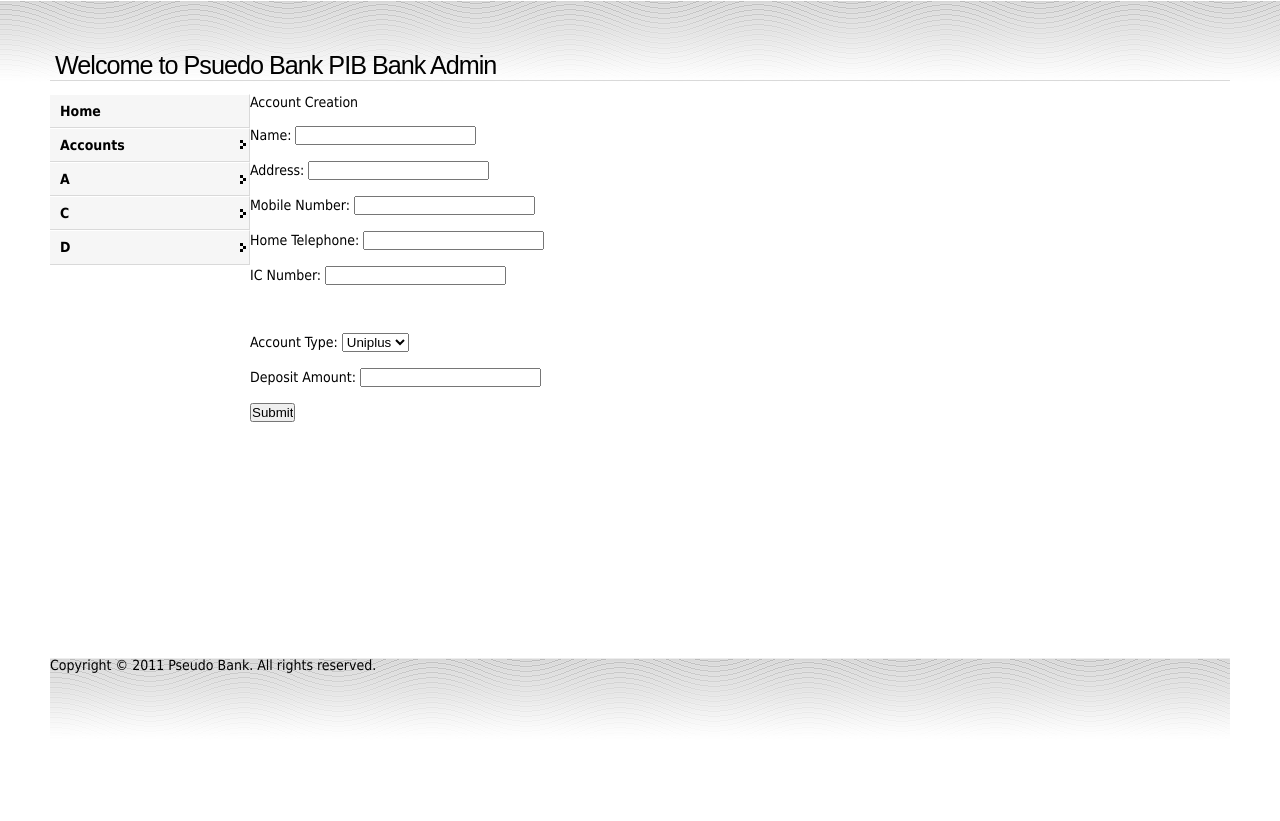
Repository: hareth12/Final-Year-Project
Page: http://localhost/bankAdmin/Account/accountCreation1.jsp
An editor plug-in stored every save of this project. The page is shown before and after the next save, followed by the edit.
The browser window is 1280 px wide. The pictures show the whole page.
The page is served by Tomcat 9. Other server files are loaded and not shown.

Above is the page before, as saved 2011-09-30 04:04:26.

### bankAdmin/WebContent/Account/accountCreation1.jsp
<!DOCTYPE html PUBLIC "-//W3C//DTD XHTML 1.0 Transitional//EN" "http://www.w3.org/TR/xhtml1/DTD/xhtml1-transitional.dtd">
<html xmlns="http://www.w3.org/1999/xhtml" xml:lang="en" lang="en">
<head>
<title>Psuedo Bank Personal Internal Banking</title>
<meta http-equiv="Content-Type" content="text/html; charset=utf-8" />
<meta name="author" content="Tom@Lwis (http://www.lwis.net/free-css-drop-down-menu/)" />
<meta name="keywords" content="css, dropdowns, dropdown menu, drop-down, menu, navigation, nav, horizontal, vertical left-to-right, vertical right-to-left, horizontal linear, horizontal upwards, cross browser, internet explorer, ie, firefox, safari, opera, browser, lwis" />
<meta name="description" content="Simple vertical left-to-right direction css drop-down menu demo using clean, standards-friendly, free, easy, cross browser framework for css drop-down menus" />
<link href="/pib/asset/secured/helper.css" media="screen" rel="stylesheet" type="text/css" />

<style type="text/css">

/* Layout */
@import "/pib/asset/secured/dropdown.css";
@import "/pib/asset/secured/dropdown.vertical.css";

/* Theme */
@import "/pib/asset/secured/default.css";

</style>


</head>
<body>
<div id="wrap">  <!-- This wrap div needs to encompass everything except the footer div at bottom -->
<h1>Welcome to Psuedo Bank PIB Bank Admin</h1>

<ul id="nav" class="dropdown dropdown-vertical">
    <li><a href="#">Home</a></li>
    <li class="dir">Accounts
        <ul>
            <li><a href="/bankAdmin/AccountCreation">Accounts Creation</a></li>
            <li><a href="#">Accounts Enquiry</a></li>
                <ul>
                    <li><a href="./">1</a></li>
                    <li><a href="./">2</a></li>
                    <li><a href="./">3</a></li>
                    <li><a href="./">4</a></li>
                    <li><a href="./">5</a></li>
                </ul>
            </li>
        </ul>
    </li>
    <li class="dir">A
        <ul>
            <li><a href="#">1</a></li>
            <li><a href="#">2</a></li>
            <li><a href="#">3</a></li>
        </ul>
    </li>
    <li class="dir">C
        <ul>
            <li><a href="./">1</a></li>
            <li><a href="./">2</a></li>
            <li><a href="./">3</a></li>
        </ul>
    </li>
    <li class="dir">D</a>
        <ul>
            <li><a href="./">1</a></li>
        </ul>
    </li>
</ul>
	<div id="main">
	Account Creation
	<br></br>

		<form name="input" action="/bankAdmin/AccountCreation2" method="post">
		Name: <input type="text" name="name" />  <br></br>
		Address: <input type="text" name="address" /> <br></br>
		Mobile Number: <input type="text" name="mobile" /> <br></br>
		Home Telephone: <input type="text" name="home" /> <br></br>
		IC Number: <input type="text" name="icNumber" /> <br></br>
		<br></br>
		Account Type: <select name="accountType">
				  <option value="Uniplus">Uniplus</option>
				</select> <br></br>
		Deposit Amount: <input type="text" name="deposit" /> <br></br>
		<input type="submit" value="Submit" />
		</form>




	</div>

</div>

<div class="footer">
	<div id="foot"> <!-- this extra div is just centering the fixed width area of the footer content -->

    <p>Copyright &copy; 2011 Pseudo Bank. All rights reserved.</p>
    </div>
</div>

</body>


</html>

### bankAdmin/WebContent/asset/secured/helper.css

* {
 margin: 0;
 padding: 0;
}

body {
 padding: 50px;
 border-top: solid 1px #fff;
 background: #fff url(images/pattern1.png) 0 0 repeat-x;
 font: 14px/normal Tahoma, Arial, Helvetica, sans-serif;
}

html, body{height: 100%;}

#wrap {min-height: 80%;}

#main {overflow:auto;
    padding-bottom: 20%;}  /* must be same height as the footer */

footer {

 position: relative;
 margin-top: -20%;
 height: 20%;
 clear:both;
 text-align: center;
 width:100%;
}

/* Footer */
#footer {background: #444444 url('images/footer.gif') repeat-x;color:#ffffff;font-size:11px;font-family:Verdana, Arial, sans-serif}
#footer2 {background-color: #444444;color:#ffffff;font-size:11px;font-family:Verdana, Arial, sans-serif;height:140px}
#footer a, #footer2 a {color:#ffffff;text-decoration:underline}
#footer a:hover, #footer2 a:hover {color:#804249;text-decoration:underline}
#footer a:visited, #footer2 a:visited  {color:#ffffff;text-decoration:underline}
#footer p, #footer2 p {margin:0 0 15px 0}
#footer p.axe img, #footer2 p.axe img {margin-bottom:-7px}
#foot {width:100%;margin:0 auto;background: url('images/pattern1.png') repeat-x;height:140px;line-height:1.1em;padding: 0;}
#foot2 {width:800px;margin:0 auto;height:140px;line-height:1.1em;padding:0 10px 0 10px}
#foot #left {width:400px;float:left;padding-top:72px}
#foot #right {width:250px;float:right;text-align:right;padding-top:72px}
#foot2 #left {width:450px;float:left;padding-top:45px}
#foot2 #right {width:250px;float:right;text-align:right;padding-top:45px}

.clearfix:after {content: ".";display: block;height: 0;clear: both;visibility: hidden}
.clearfix {display: inline-block}
* html .clearfix {height: 1%}
.clearfix {display: block}


p { margin-bottom: 1em; }

ul.classic {
 list-style: disc;
 margin-bottom: 1em;
 padding-left: 2em;
}

h1,h2,h3 {
 margin-bottom: .5em;
 font-family: Arial, Helvetica, sans-serif;
 line-height: normal;
}

h1 {
 border-bottom: solid 1px #d9d9d9;
 font-weight: normal;
 font-size: 180%;
 text-indent: 5px;
 letter-spacing: -1px;
}

.dropdown-upward {
 margin-top: 400px !important;
}

### bankAdmin/WebContent/asset/secured/dropdown.css
@charset "UTF-8";

/**
 * Horizontal CSS Drop-Down Menu Module
 *
 * @file        dropdown.css
 * @package     Dropdown
 * @version     0.7.1
 * @type        Transitional
 * @stacks      597-599
 * @browsers    Windows: IE6+, Opera7+, Firefox1+
 *              Mac OS: Safari2+, Firefox2+
 *
 * @link        http://www.lwis.net/
 * @copyright   2006-2008 Live Web Institute. All Rights Reserved.
 *
 */

ul.dropdown,
ul.dropdown li,
ul.dropdown ul {
 list-style: none;
 margin: 0;
 padding: 0;
}

ul.dropdown {
 position: relative;
 z-index: 597;
 float: left;
}

ul.dropdown li {
 float: left;
 line-height: 1.3em;
 vertical-align: middle;
 zoom: 1;
}

ul.dropdown li.hover,
ul.dropdown li:hover {
 position: relative;
 z-index: 599;
 cursor: default;
}

ul.dropdown ul {
 visibility: hidden;
 position: absolute;
 top: 100%;
 left: 0;
 z-index: 598;
 width: 100%;
}

ul.dropdown ul li {
 float: none;
}

ul.dropdown ul ul {
 top: 1px;
 left: 99%;
}

ul.dropdown li:hover > ul {
 visibility: visible;
}

### bankAdmin/WebContent/asset/secured/dropdown.vertical.css
@charset "UTF-8";

/**
 * Vertical Left-to-Right Direction CSS Drop-Down Menu Component
 *
 * @file		dropdown.vertical.css
 * @package		Dropdown
 * @version		0.3
 * @type		Transitional
 * @requires	dropdown.css
 * @browsers	Windows: IE5+, Opera7+, Firefox1+
 *				Mac OS: Safari2+, Firefox2+
 *
 * @link		http://www.lwis.net/
 * @copyright	2006-2008 Live Web Institute. All Rights Reserved.
 *
 */

@import "dropdown.css";

ul.dropdown-vertical {
 width: 200px;
}

ul.dropdown-vertical ul {
 top: 1px;
 left: 99%;
}

ul.dropdown-vertical li {
 float: none;
}

### bankAdmin/WebContent/asset/secured/default.css
@charset "UTF-8";

/**
 * Default CSS Drop-Down Menu Theme
 *
 * @file		default.css
 * @name		Default
 * @version		0.1.1
 * @type		transitional
 * @browsers	Windows: IE5+, Opera7+, Firefox1+
 *				Mac OS: Safari2+, Firefox2+
 *
 * @link		http://www.lwis.net/
 * @copyright	2008 Live Web Institute. All Rights Reserved.
 *
 * Module Classes: *.dir {} *.on {} *.open {} li.hover {} li.first {} li.last {}
 * Expected directory tag - li
 *
 */


/*-------------------------------------------------/
 * @section		Base Drop-Down Styling
 * @structure	ul (unordered list)
 *				ul li (list item)
 *				ul li a (links)
 *				/*\.class|(li|a):hover/
 * @level sep	ul
 */


ul.dropdown {
 font-weight: bold;
}

	ul.dropdown li {
	 padding: 7px 10px;
	 border-style: solid;
	 border-width: 1px 1px 1px 0;
	 border-color: #fff #d9d9d9 #d9d9d9;
	 background-color: #f6f6f6;
	 color: #000;
	}

	ul.dropdown li.hover,
	ul.dropdown li:hover {
	 background-color: #eee;
	 color: #000;
	}

	ul.dropdown a:link,
	ul.dropdown a:visited	{ color: #000; text-decoration: none; }
	ul.dropdown a:hover		{ color: #000; }
	ul.dropdown a:active	{ color: #ffa500; }


	/* -- level mark -- */

	ul.dropdown ul {
	 width: 150px;
	 margin-top: 1px;
	}

		ul.dropdown ul li {
		 font-weight: normal;
		}



/*-------------------------------------------------/
 * @section		Support Class `dir`
 * @level sep	ul, .class
 */


ul.dropdown *.dir {
 padding-right: 20px;
 background-image: url(../secured/images/nav-arrow-down.png);
 background-position: 100% 50%;
 background-repeat: no-repeat;
}


/* -- Components override -- */

ul.dropdown-horizontal ul *.dir {
 padding-right: 15px;
 background-image: url(../secured/images/nav-arrow-right.png);
 background-position: 100% 50%;
 background-repeat: no-repeat;
}

ul.dropdown-upward *.dir {
 background-image: url(../secured/images/nav-arrow-top.png);
}

ul.dropdown-vertical *.dir,
ul.dropdown-upward ul *.dir {
 background-image: url(../secured/images/nav-arrow-right.png);
}

ul.dropdown-vertical-rtl *.dir {
 padding-right: 10px;
 padding-left: 15px;
 background-image: url(../secured/images/nav-arrow-left.png);
 background-position: 0 50%;
}

After the next save:
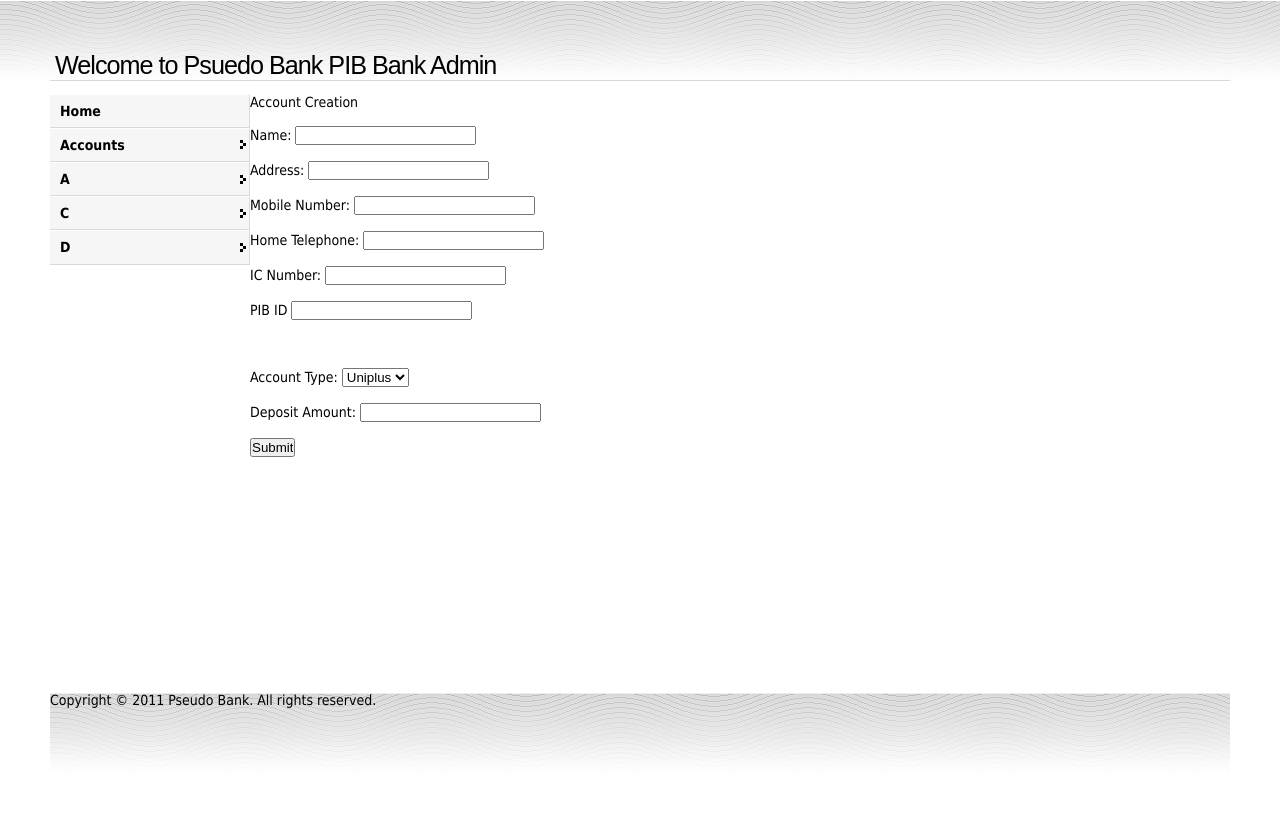
Saved 109 s later.
--- a/bankAdmin/WebContent/Account/accountCreation1.jsp
+++ b/bankAdmin/WebContent/Account/accountCreation1.jsp
@@ -71,6 +71,7 @@
 		Mobile Number: <input type="text" name="mobile" /> <br></br>
 		Home Telephone: <input type="text" name="home" /> <br></br>
 		IC Number: <input type="text" name="icNumber" /> <br></br>
+		PIB ID <input type="text" name="idPib" /> <br></br>
 		<br></br>
 		Account Type: <select name="accountType">
 				  <option value="Uniplus">Uniplus</option>
